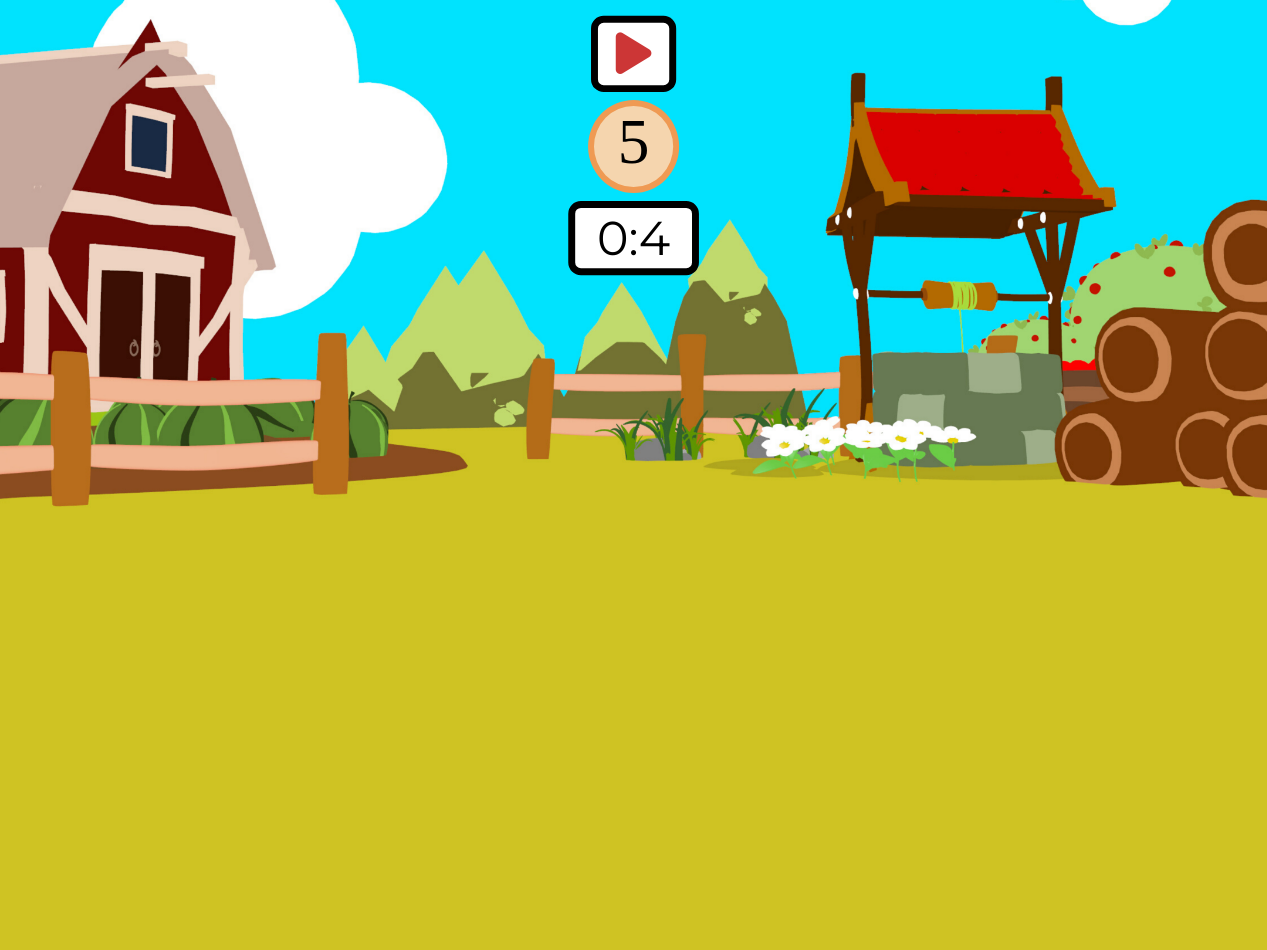
Repository: sephinejo/Mini-carrot-game
Page: index.html
These files come from the project's save history. The page is drawn as it stood at one moment and after the next save; the edit follows.
The browser window is 1280 px wide. The pictures show the whole page, at 99% of full size.
Some web fonts or font styles are not loaded; a fallback is used. Some web libraries are served in a nearby version.

Above is the page before, as saved 2023-05-15 12:03:55.

### index.html
<!DOCTYPE html>
<html lang="en">
  <head>
    <meta charset="UTF-8" />
    <meta http-equiv="X-UA-Compatible" content="IE=edge" />
    <meta name="viewport" content="width=device-width, initial-scale=1.0" />
    <title>Mini Carrot Game👩‍🌾🥕</title>
    <link rel="stylesheet" href="style.css" />
    <link rel="preconnect" href="https://fonts.googleapis.com" />
    <link rel="preconnect" href="https://fonts.gstatic.com" crossorigin />
    <link
      href="https://fonts.googleapis.com/css2?family=Alice&family=Lato:wght@400;700&family=Montserrat:wght@400;500;600;700&family=Raleway:wght@400;600;700;800&family=Ubuntu&display=swap"
      rel="stylesheet"
    />
    <script
      src="https://kit.fontawesome.com/9ac80604cb.js"
      crossorigin="anonymous"
    ></script>
    <script src="main.js" defer></script>
  </head>
  <body>
    <section class="container">
      <header class="info">
        <button class="info__play">
          <i class="fa-solid fa-play"></i>
        </button>
        <span class="info__counter">5</span>
        <span class="info__timer">0:4</span>
      </header>
      <div class="field"></div>
    </section>
    <section class="pop-up pop-up__hide">
      <button class="pop-up__replay">
        <i class="fa-sharp fa-solid fa-rotate-right"></i>
      </button>
      <p class="pop-up__message">YOU WON 🎉</p>
    </section>
  </body>
</html>

### style.css
* {
  box-sizing: border-box;
}

body {
  margin: auto;
  text-align: center;
}

.container {
  margin: auto;
  background: url('img/background.png') center/cover;
  height: 60rem;
  display: flex;
  flex-direction: column;
}

.info {
  display: flex;
  flex-direction: column;
  align-items: center;
  height: 30rem;
  padding: 1rem 0;
}

button {
  border: none;
  outline: none;
  cursor: pointer;
}

.info__play {
  font-size: 3rem;
  color: #cc3636;
  border: 0.45rem solid black;
  border-radius: 0.8rem;
  background-color: white;
  padding: 0.3rem 1.1rem 0.2rem 1.1rem;
  margin-bottom: 0.5rem;
}

.info__play:hover {
  transform: scale(1.1);
  transition: transform 200ms ease-in;
}

.info__counter {
  font-family: Alice;
  font-size: 4rem;
  border: 0.4rem solid #ef9a53;
  border-radius: 50%;
  background-color: #f5d5ae;
  padding: 0 1.5rem 0.5rem;
  margin-bottom: 0.5rem;
}

.info__timer {
  font-family: Montserrat;
  font-size: 3rem;
  border: 0.45rem solid black;
  border-radius: 0.8rem;
  background-color: white;
  padding: 0.1rem 1.4rem;
}

.field {
  width: 100%;
  height: 100%;
  margin-top: 14rem;
}

.pop-up {
  width: 30rem;
  height: 14rem;
  background: rgba(0, 0, 0, 0.7);
  border-radius: 1.5rem;
  text-align: center;
  padding: 1.8rem;
  margin: auto;
  transform: translateY(-240%);
}

.pop-up__hide {
  display: none;
}

.pop-up__replay {
  width: 5rem;
  height: 5rem;
  font-size: 3rem;
  border: 0.4rem solid black;
  border-radius: 50%;
  cursor: pointer;
  background-color: #f5d5ae;
  padding-top: 0.3rem;
}

.pop-up__message {
  font-family: Alice;
  font-size: 2.8rem;
  text-align: center;
  color: white;
  margin-top: 2rem;
}

### main.js
'use strict';

const CARROT_SIZE = 80;
const CARROT_COUNT = 8;
const BUG_COUNT = 8;

const field = document.querySelector('.field');
const fieldRect = field.getBoundingClientRect();
const playBtn = document.querySelector('.info__play');
const counter = document.querySelector('.info__counter');
const timer = document.querySelector('.info__timer');

let started = false;
let score = 0;
let timerRemembered = undefined;

playBtn.addEventListener('click', () => {
  if (started) {
    stopGame();
  } else {
    startGame();
  }
  started = !started;
});

function startGame() {
  initGame();
  showStopButton();
}

function stopGame() {}

function showStopButton() {
  const icon = playBtn.querySelector('.fa-play');
  icon.classList.add('fa-stop');
  icon.classList.remove('fa-play');
}

function initGame() {
  addItem('carrot', CARROT_COUNT, 'img/carrot.png');
  addItem('bug', BUG_COUNT, 'img/bug.png');
}

function addItem(className, count, imgPath) {
  const x1 = 0;
  const y1 = 480;
  const x2 = fieldRect.width - CARROT_SIZE;
  const y2 = fieldRect.bottom - CARROT_SIZE;
  for (let i = 0; i < count; i++) {
    const item = document.createElement('img');
    item.setAttribute('class', className);
    item.setAttribute('src', imgPath);
    item.style.position = 'absolute';
    const x = randomNumber(x1, x2);
    const y = randomNumber(y1, y2);
    item.style.left = `${x}px`;
    item.style.top = `${y}px`;
    field.appendChild(item);
  }
}

function randomNumber(min, max) {
  return Math.random() * (max - min) + min;
}

After the next save:
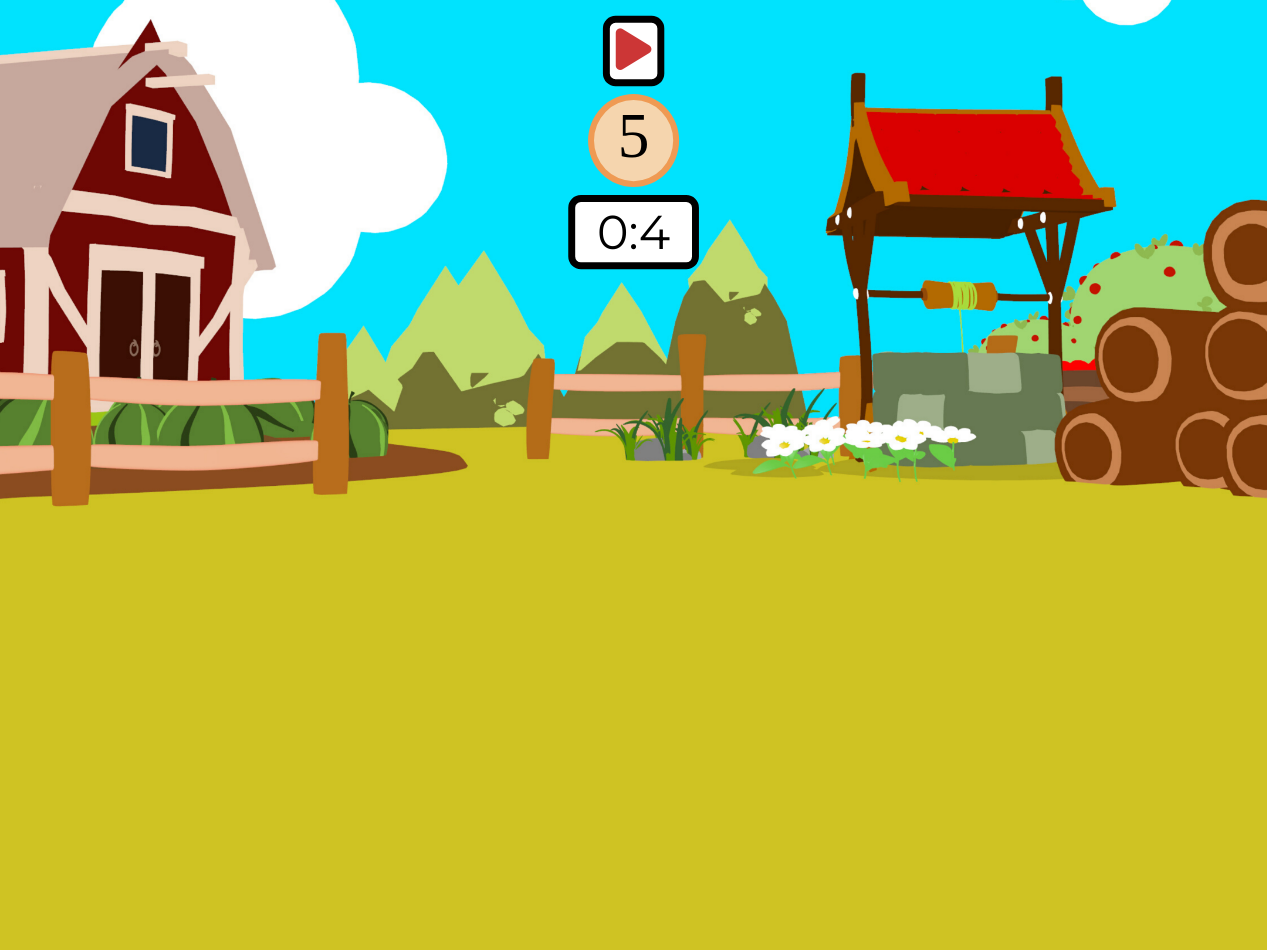
Saved 16 s later.
--- a/style.css
+++ b/style.css
@@ -35,7 +35,7 @@
   border: 0.45rem solid black;
   border-radius: 0.8rem;
   background-color: white;
-  padding: 0.3rem 1.1rem 0.2rem 1.1rem;
+  /* padding: 0.3rem 1.1rem 0.2rem 1.1rem; */
   margin-bottom: 0.5rem;
 }
 

After the save that followed:
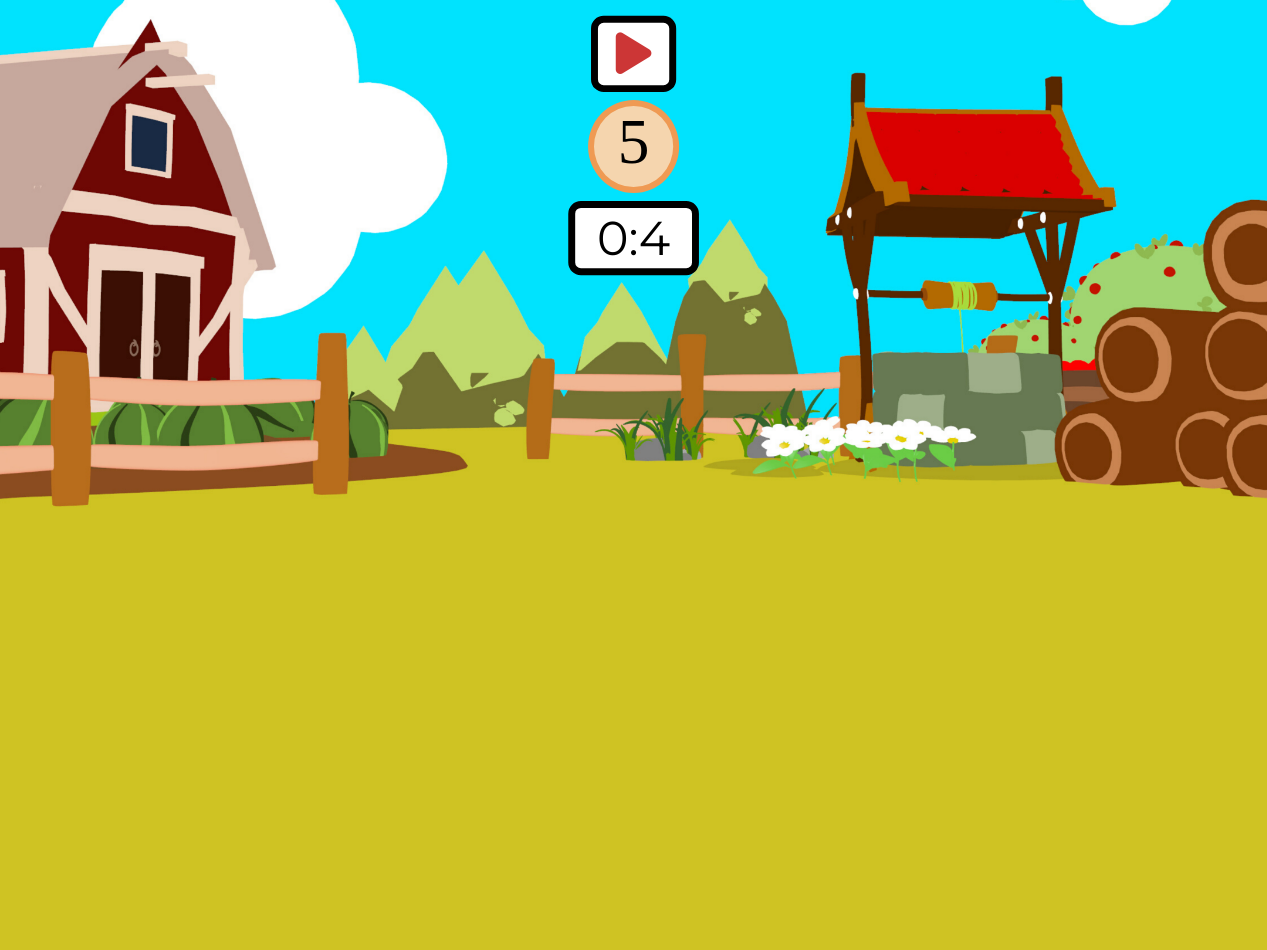
Saved 13 s later.
--- a/style.css
+++ b/style.css
@@ -35,7 +35,7 @@
   border: 0.45rem solid black;
   border-radius: 0.8rem;
   background-color: white;
-  /* padding: 0.3rem 1.1rem 0.2rem 1.1rem; */
+  padding: 0.3rem 1.1rem 0.2rem 1.1rem;
   margin-bottom: 0.5rem;
 }
 
